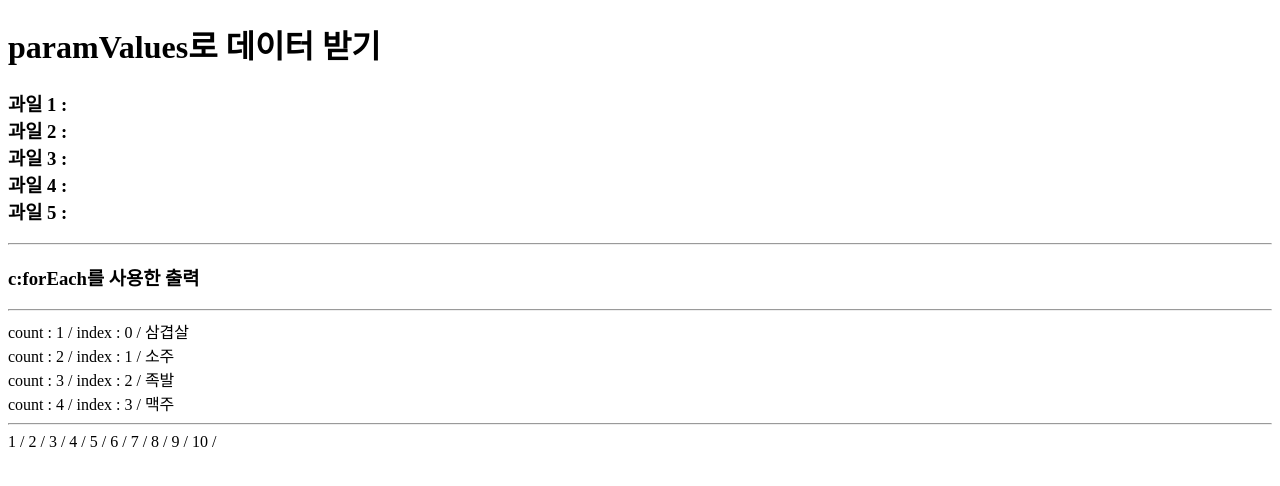
Repository: leechanggyu1118/JSTL_JAVA-WEB_-
Page: http://localhost/jstl_study/step-5.jsp
The author's editor kept a copy of each file at every save. The page is drawn from the files as they stood at one save, then again after the next save.
The browser window is 1280 px wide. The pictures show the whole page.
The page is served by Tomcat 9. Other server files are loaded and not shown.

Above is the page before, as saved 2024-04-11 04:05:50.

### jstl_study/src/main/webapp/step-5.jsp
<%@ page language="java" contentType="text/html; charset=UTF-8"
    pageEncoding="UTF-8"%>
    <%@ taglib uri="http://java.sun.com/jsp/jstl/core" prefix="c" %>
<!DOCTYPE html>
<html>
<head>
<meta charset="UTF-8">
<title>Insert title here</title>
</head>
<body>
	<h1>paramValues로 데이터 받기</h1>

	<h3>
		과일 1 : ${paramValues.food[0] } <br>
		과일 2 : ${paramValues.food[1] } <br>
		과일 3 : ${paramValues.food[2] } <br>
		과일 4 : ${paramValues.food[3] } <br>
		과일 5 : ${paramValues.food[4] } <br>
	</h3>

	<hr>
	<!-- varStatus index(번지:0부터 시작~), count(개수:1개부터 시작~)  -->
	<h3>c:forEach를 사용한 출력</h3>
	<c:forEach items="${paramValues.food }" var="foods" varStatus="i">
		과일 ${i.index } / ${i.count } : ${foods } <br>
	</c:forEach>

	<hr>

	<%
		String friends[] = {"삼겹살", "소주", "족발", "맥주"};
		//java Controller에서 jsp로 데이터를 보낼 때
		request.setAttribute("fr", friends);
	%>

	<c:forEach items="${requestScope.fr }" var="fname" varStatus="i">
		count : ${i.count } / index : ${i.index } / ${fname } <br>
	</c:forEach>

	<hr>

	<!-- begin="시작숫자", end="끝숫자", var="변수"  -->
	<c:forEach begin="1" end="10" var="i">
	${i } /

	</c:forEach>




</body>
</html>

After the next save:
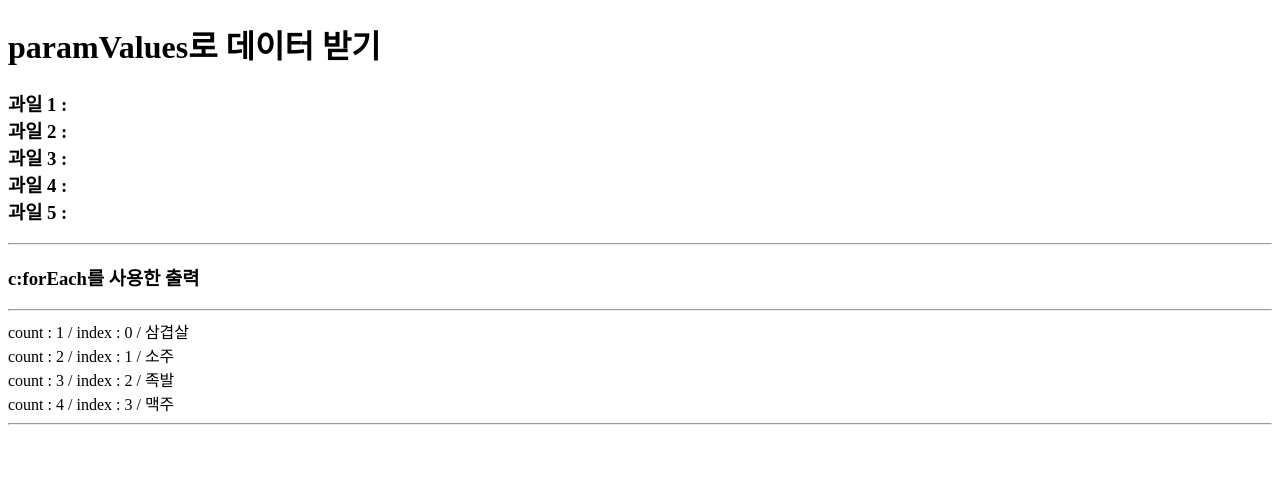
Saved 21 s later.
--- a/jstl_study/src/main/webapp/step-5.jsp
+++ b/jstl_study/src/main/webapp/step-5.jsp
@@ -40,7 +40,7 @@
 	<hr>
 
 	<!-- begin="시작숫자", end="끝숫자", var="변수"  -->
-	<c:forEach begin="1" end="10" var="i">
+	<c:forEach begin="100" end="10" var="i">
 	${i } /
 
 	</c:forEach>

After the save that followed:
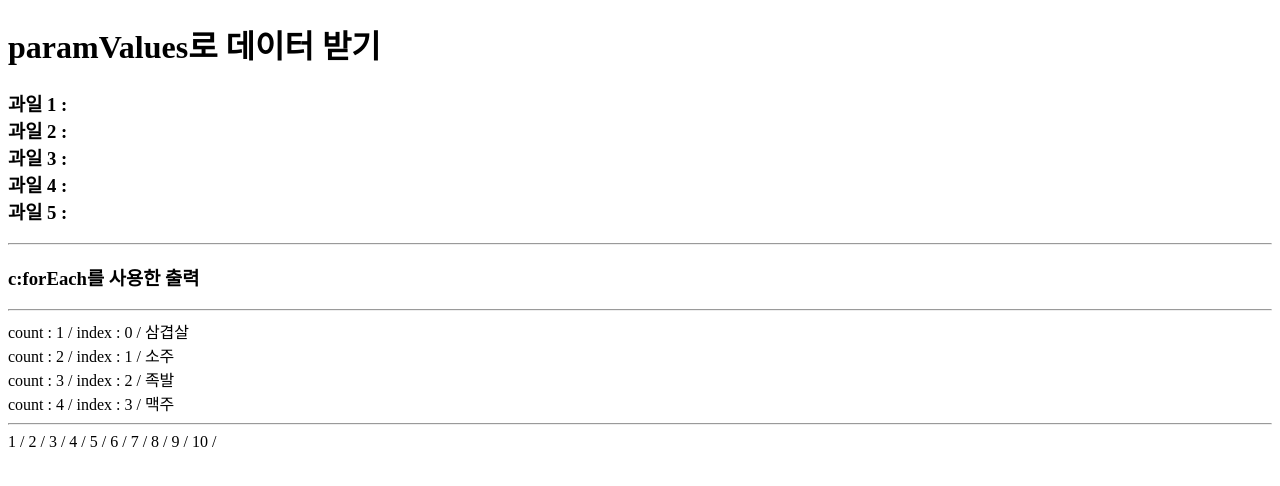
Saved 8 s later.
--- a/jstl_study/src/main/webapp/step-5.jsp
+++ b/jstl_study/src/main/webapp/step-5.jsp
@@ -40,7 +40,7 @@
 	<hr>
 
 	<!-- begin="시작숫자", end="끝숫자", var="변수"  -->
-	<c:forEach begin="100" end="10" var="i">
+	<c:forEach begin="1" end="10" var="i">
 	${i } /
 
 	</c:forEach>
